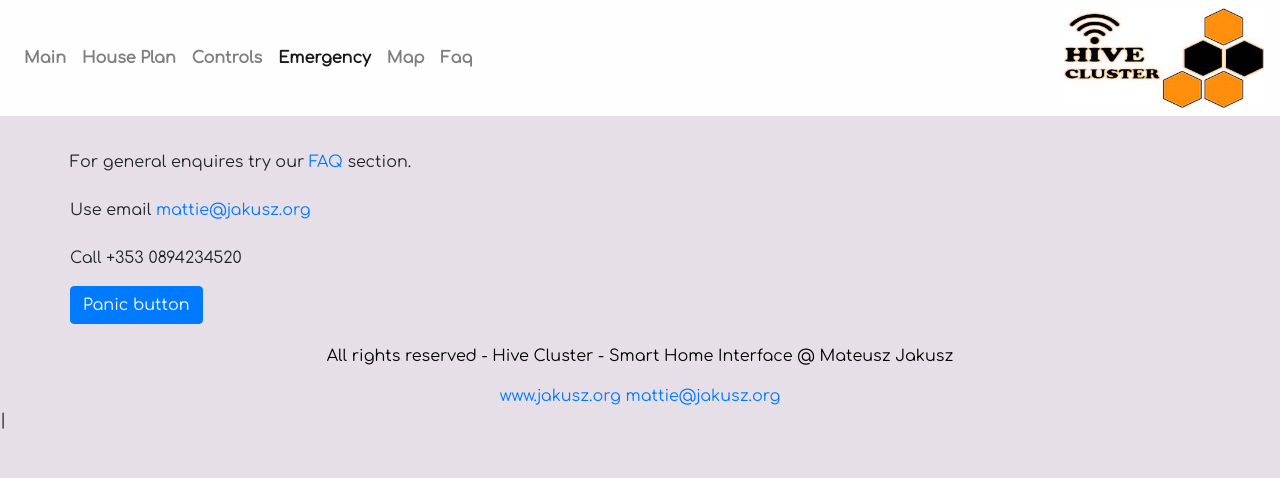
Repository: Code-Institute-Submissions/bloobsky-Milestone2-2
Page: emergency.html
The author's editor kept a record of every edit. The page is drawn from the files as they stood at one moment, then again after the next edit.
The browser window is 1280 px wide. The pictures show the whole page.

Above is the page before.
Console error: ReferenceError: emailjs is not defined

### emergency.html
<!DOCTYPE html>
<html lang="en">

<head>
    <meta charset="UTF-8">
    <meta name="viewport" content="width=device-width, initial-scale=1.0">
    <meta http-equiv="X-UA-Compatible" content="ie=edge">
    <link href="https://stackpath.bootstrapcdn.com/bootstrap/4.3.1/css/bootstrap.min.css" rel="stylesheet" integrity="sha384-ggOyR0iXCbMQv3Xipma34MD+dH/1fQ784/j6cY/iJTQUOhcWr7x9JvoRxT2MZw1T" crossorigin="anonymous">
    <link rel="stylesheet" href="https://maxcdn.bootstrapcdn.com/font-awesome/4.7.0/css/font-awesome.min.css" type="text/css" />
    <link rel="stylesheet" href="css/style.css" type="text/css" />
    <title>HiVE CLUSTER - Smart Home Interface</title>
</head>

<body>
    <!-- navigation -->
    <div class="container-fluid navalert-container">
        <nav class="navbar navbar-light navbar-expand-sm navbar-center">
            <button class="navbar-toggler ml-auto" type="button" data-toggle="collapse" data-target="#navbarNavDropdown" aria-controls="navbarNavDropdown" aria-expanded="false" aria-label="Toggle navigation">
        <span class="navbar-toggler-icon"></span></button>


            <div class="collapse navbar-collapse" id="navbarNavDropdown">
                <ul class="navbar-nav mr-auto">

                    <li class="nav-item "><a class="nav-link" href="index.html">Main</a></li>
                    <li class="nav-item "><a class="nav-link" href="plan.html">House Plan</a></li>
                    <li class="nav-item "><a class="nav-link" href="control.html">Controls</a></li>
                    <li class="nav-item "><a class="nav-link active" href="emergency.html">Emergency</a></li>
                    <li class="nav-item "><a class="nav-link" href="map.html">Map</a></li>
                    <li class="nav-item "><a class="nav-link" href="faq.html">Faq</a></li>
                </ul>
            </div>
            <img src="img/logo.jpg" alt="logo" width="200" height="100">
        </nav>
    </div>


    <!-- container -->
    <div class=" container ">
        <div class="row sm-12 " id="emergency ">
            <p>For general enquires try our <a href="faq.html ">FAQ</a> section.<br><br> Use email <a href=mailto:mattie@jakusz.org>mattie@jakusz.org</a><br><br> Call +353 0894234520</p><br>
        </div>
        <div class="row sm-12 ">
            <!-- Button trigger modal -->
            <button type="button " class="btn btn-primary " data-toggle="modal " data-target="#exampleModal ">
  Panic button
</button>

            <!-- Modal -->
            <div class="modal fade " id="exampleModal " tabindex="-1 " role="dialog " aria-labelledby="exampleModalLabel " aria-hidden="true ">
                <div class="modal-dialog " role="document ">
                    <div class="modal-content ">
                        <div class="modal-header ">
                            <h5 class="modal-title " id="exampleModalLabel ">Panic button</h5>
                            <button type="button " class="close " data-dismiss="modal " aria-label="Close ">
          <span aria-hidden="true ">&times;</span>
        </button>
                        </div>
                        <div class="modal-body ">
                            Are you sure you want to send emergency to the headquarter ? This cannot be undone.
                        </div>
                        <div class="modal-footer ">
                            <button type="button " class="btn btn-secondary " data-dismiss="modal ">Close</button>
                            <form onsubmit="return sendMail(this); ">
                                <button type="submit " class="btn btn-primary ">      Send Emergency  </button>
                            </form>
                        </div>
                    </div>
                </div>
            </div>
        </div>

    </div>
    <!-- footer -->
    <footer>
        <p> All rights reserved - Hive Cluster - Smart Home Interface @ Mateusz Jakusz </p>
        <a href="www.jakusz.org ">www.jakusz.org</a>
        <a href="mailto:mattie@jakusz.org ">mattie@jakusz.org</a>
    </footer>

    <!-- scripts -->
    <script src="https://cdn.jsdelivr.net/npm/emailjs-com@2.3.2/dist/email.min.js "></script>
    <script>
        (function() {
            emailjs.init("user_6KZjWKGFdaIANLT0wU2Zf ");
        })();
    </script>
    <script src="https://code.jquery.com/jquery-3.3.1.slim.min.js " integrity="sha384-q8i/X+965DzO0rT7abK41JStQIAqVgRVzpbzo5smXKp4YfRvH+8abtTE1Pi6jizo " crossorigin="anonymous "></script>
    <script src="https://cdnjs.cloudflare.com/ajax/libs/popper.js/1.14.3/umd/popper.min.js " integrity="sha384-ZMP7rVo3mIykV+2+9J3UJ46jBk0WLaUAdn689aCwoqbBJiSnjAK/l8WvCWPIPm49 " crossorigin="anonymous "></script>
    <script src="https://stackpath.bootstrapcdn.com/bootstrap/4.1.3/js/bootstrap.min.js " integrity="sha384-ChfqqxuZUCnJSK3+MXmPNIyE6ZbWh2IMqE241rYiqJxyMiZ6OW/JmZQ5stwEULTy " crossorigin="anonymous "></script>
    <script src="js/map.js "></script>
    <script src="js/sendMail.js "></script>|
</body>

</html>

### css/style.css
@import url('https://fonts.googleapis.com/css?family=Comfortaa&display=swap');


/* body */

body {
    background-color: #E7DFE8;
    font-family: 'Comfortaa', sans-serif;
}

/* container */

.container {
    padding-top: 150px;
}

/* Navbar */

.navalert-container {
    position: fixed;
    top: 0;
    left: 0;
    z-index: 1;
    padding-left: 0;
    padding-right: 0;
}

.navbar {
    margin-bottom: 0;
    width: 100%;
    background-color: #FEFEFF;
    border: 0;
    text-align: center;
    float: none;
}

.navbar .navbar-toggler {
    border: 0;
}

.navbar .navbar-brand {
    font-weight: bold;
}

.navbar .navbar-nav a {
    font-weight: bold;
}

/* main */

.main {}

/* map */

#map {
    padding-top: 400px;
    min-height: 460px;
}

.map p {
    text-align: center;
}

/* emergency */

#emergency {}

#emergency p {
    padding-bottom: 10px;
}

/* faq */

.faq {
    width: 100%;
}

/* controls */

.control {

    text-align: center;
}

.control h5 {
    text-align: center;
}

.control2 {
    padding-top: 30px;
}

/* footer */

footer {
    color: black;
    text-align: center;
    padding-top: 20px;
}

.footer a {
    color: #243e36;
}

.footer a:hover {
    color: #25291c;
    font-weight: 600;
    text-decoration: none;

}

/* plan */

.card-body {
    background-color: #E7DFE8;
    width: 100%;
}

.lightoff {
    width: 200px;
    height: 150px;
    border: 1px solid;
    border-color: black;
    background-color: gray;

}

.lighton {
    width: 200px;
    height: 150px;
    border: 1px solid;
    border-color: black;
    background-color: yellow;
}


/* media queries */

#graphiclogo {
    width: 200px;
    height: 100px;
}

@media (max-width: 568px) {
    #graphiclogo {
    width: 150px;
    height: 75px;


}
    }

### js/map.js
function initMap() {
    var map = new google.maps.Map(document.getElementById("map"), {
        zoom: 8,
        center: {
            lat: 52.857500,
            lng: -8.987437
        }
    });

    var labels = "ABCDEFGHIJKLMONPQRSTUVWXYZ";

    var locations = [{
        lat: 52.857500,
        lng: -8.987437
    }];

    var markers = locations.map(function(location, i) {
        return new google.maps.Marker({
            position: location,
            label: labels[i % labels.length]
        });
    });

    var markerCluster = new MarkerClusterer(map, markers, {
        imagePath: 'https://developers.google.com/maps/documentation/javascript/examples/markerclusterer/m'
    });
}

### js/sendMail.js
function sendMail(contactForm) {


    emailjs.send("gmail", "project", {
            "from_name": "Matt Jakusz",
            "project_request": "Please make me a website",
            "from_email": "bloobsky@gmail.com",
            "customer_number": "000001",
            "tel_number": "0894234520"

        })
        .then(
            function(response) {
                console.log("SUCCESS", response);
            },
            function(error) {
                console.log("FAILED", error);

            });
    return false;
}

After the next edit:
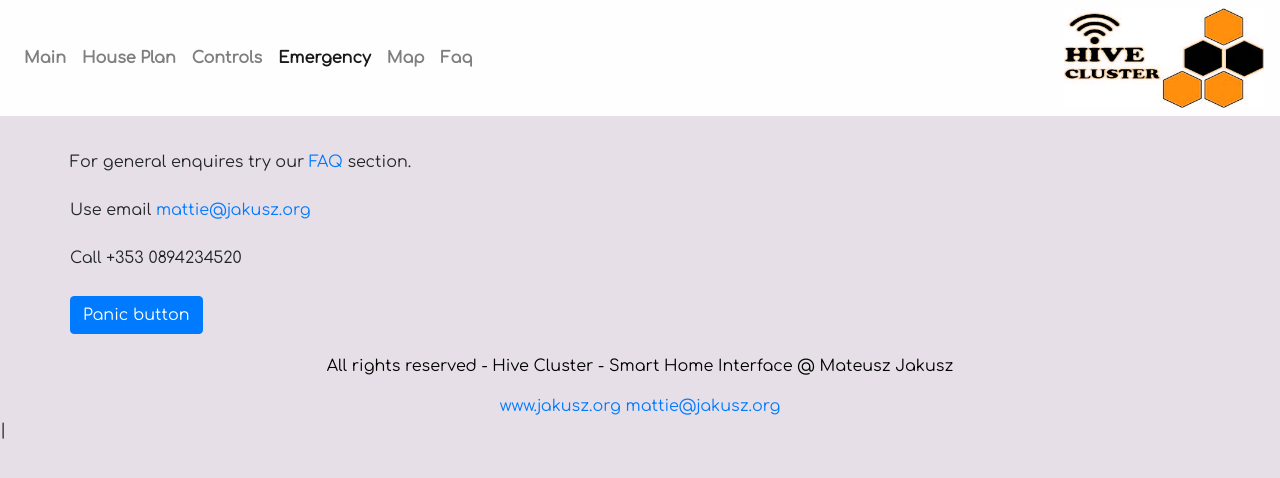
The edit:
--- a/emergency.html
+++ b/emergency.html
@@ -37,7 +37,7 @@
 
     <!-- container -->
     <div class=" container ">
-        <div class="row sm-12 " id="emergency ">
+        <div class="row sm-12 " id="emergency">
             <p>For general enquires try our <a href="faq.html ">FAQ</a> section.<br><br> Use email <a href=mailto:mattie@jakusz.org>mattie@jakusz.org</a><br><br> Call +353 0894234520</p><br>
         </div>
         <div class="row sm-12 ">
